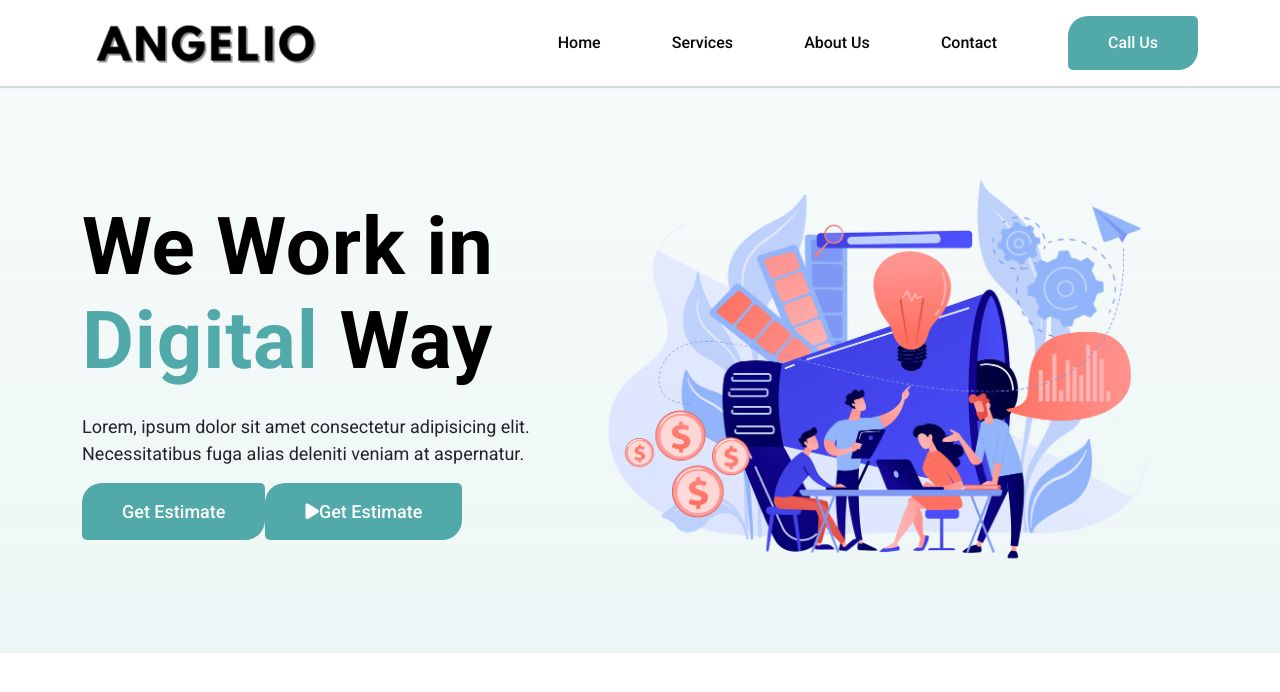
Repository: nazmulalok/landing-page-angelio
Page: index.html
The author's editor kept a copy of each file at every save. The page is drawn from the files as they stood at one save, then again after the next save.
The browser window is 1280 px wide. The pictures show the whole page.

Above is the page before, as saved 2022-09-09 21:00:49.

### index.html
<!DOCTYPE html>
<html lang="en">

    <head>
        <meta charset="UTF-8">
        <meta http-equiv="X-UA-Compatible" content="IE=edge">
        <meta name="viewport" content="width=device-width, initial-scale=1.0">
        <title>Landing Page</title>
        <link rel="preconnect" href="https://fonts.googleapis.com">
        <link rel="preconnect" href="https://fonts.gstatic.com" crossorigin>
        <link rel="stylesheet" href="https://cdnjs.cloudflare.com/ajax/libs/font-awesome/6.2.0/css/all.min.css"
            integrity="sha512-xh6O/CkQoPOWDdYTDqeRdPCVd1SpvCA9XXcUnZS2FmJNp1coAFzvtCN9BmamE+4aHK8yyUHUSCcJHgXloTyT2A=="
            crossorigin="anonymous" referrerpolicy="no-referrer" />
        <link
            href="https://fonts.googleapis.com/css2?family=Roboto:ital,wght@0,300;0,400;0,500;0,700;0,900;1,300;1,400;1,500;1,700;1,900&display=swap"
            rel="stylesheet">
        <link href="https://cdn.jsdelivr.net/npm/bootstrap@5.2.0/dist/css/bootstrap.min.css" rel="stylesheet"
            integrity="sha384-gH2yIJqKdNHPEq0n4Mqa/HGKIhSkIHeL5AyhkYV8i59U5AR6csBvApHHNl/vI1Bx" crossorigin="anonymous">
        <link rel="stylesheet" href="style.css">
    </head>

    <body>
        <header>
            <nav>
                <div class="container">
                    <div class="row align-items-center">
                        <div class="col-lg-5">
                            <div class="logo">
                                <a href="/"><img src="images/angelio-logo.png" alt="Angelio Logo" width="250"
                                        height="66"></a>
                            </div>
                        </div>
                        <div class="col-lg-7 d-flex justify-content-end">
                            <ul>
                                <li><a href="/">Home</a></li>
                                <li><a href="/services.html">Services</a></li>
                                <li><a href="/about-us.html">About Us</a></li>
                                <li><a href="/contact.html">Contact</a></li>
                                <li class="nav-cta"><a href="tel:000-000-0000">Call Us</a></li>
                            </ul>
                        </div>
                    </div>
                </div>
            </nav>
        </header>
        <section class="sec-padding banner-sec">
            <div class="container">
                <div class="row align-items-center">
                    <div class="col-lg-7 order-lg-last">
                        <img src="images/angelio-digital-marketing.png" alt="">
                    </div>
                    <div class="col-lg-5">
                        <div class="large-heading">We Work in <span class="color-text">Digital</span> Way</div>
                        <p>Lorem, ipsum dolor sit amet consectetur adipisicing elit. Necessitatibus fuga alias deleniti
                            veniam at aspernatur.</p>
                        <div class="d-flex"><a href="/contact-us" class="main-btn">Get Estimate</a>
                            <a href="/contact-us" class="main-btn"><i class="fas fa-play"></i>Get Estimate</a>
                        </div>
                    </div>
                </div>
            </div>
        </section>


        <script src="https://cdn.jsdelivr.net/npm/bootstrap@5.2.0/dist/js/bootstrap.bundle.min.js"
            integrity="sha384-A3rJD856KowSb7dwlZdYEkO39Gagi7vIsF0jrRAoQmDKKtQBHUuLZ9AsSv4jD4Xa"
            crossorigin="anonymous"></script>
    </body>

</html>

### style.css
:root {
    --primary-color: #52a9a9;
    --secondary-color: #000000;
    --main-font: 'Roboto', sans-serif;
}

body {
    font-family: var(--main-font);
}

nav {
    padding: 10px 0px;
    box-shadow: 0 1px 1px 1px #14477e2b;
}

nav ul {
    list-style-type: none;
    display: flex;
    justify-content: flex-end;
    margin: 0;
    padding: 0;
    align-items: center;
    gap: 20%;
    white-space: nowrap;
}

nav ul li a {
    color: #080808;
    text-decoration: none;
    display: block;
    position: relative;
    font-weight: 500;
}

nav ul li a:hover {
    color: #52a9a9;
}

li.nav-cta a {
    background: #008080ad;
    padding: 15px 40px;
    color: #fff;
    border-radius: 20px 5px;
    transition: all 0.3s ease;
}

li.nav-cta a:hover {
    background: #000;
    color: #fff;
    border-radius: 5px 20px;
    transition: all 0.3s ease;
}

li.nav-cta a:before {
    content: "";
    width: 0%;
    height: 0px;
    position: absolute;
    left: 0;
    bottom: 0;
    transition: none;
    transform: none;
    background: none;
    transform-origin: 0%;
}

li.nav-cta a:hover:before {
    transform: none;
    transform-origin: 0%;
}

nav ul li a:before {
    content: "";
    width: 100%;
    height: 2px;
    position: absolute;
    left: 0;
    bottom: 0;
    transition: 0.4s transform ease;
    transform: scale3d(0, 1, 1);
    background: #52a9a9;
    transform-origin: 100% 50%;
}

nav ul li a:hover::before {
    transform: scale3d(1, 1, 1);
    transform-origin: 0 50%;
}

.sec-padding {
    padding: 70px 0px;
}

.banner-sec {
    background-image: linear-gradient(rgb(82 169 169 / 5%), rgb(82 169 169 / 10%));
    background-size: cover;
    background-position: center;
}

.banner-sec img {
    width: 100%;
}

.large-heading {
    font-size: 80px;
    color: #000;
    font-weight: 600;
    letter-spacing: 0.8px;
    line-height: normal;
    margin-bottom: 25px;
}

.banner-sec p {
    font-size: 18px;
}

.color-text {
    color: var(--primary-color);
}

a.main-btn {
    color: #fff;
    background: #52a9a9;
    padding: 15px 40px;
    font-weight: 500;
    font-size: 18px;
    text-decoration: none;
    border-radius: 20px 5px;
    transition: all 0.3s ease;
}

a.main-btn:hover {
    background: #000;
    color: #fff;
    border-radius: 5px 20px;
    transition: all 0.3s ease;
}

After the next save:
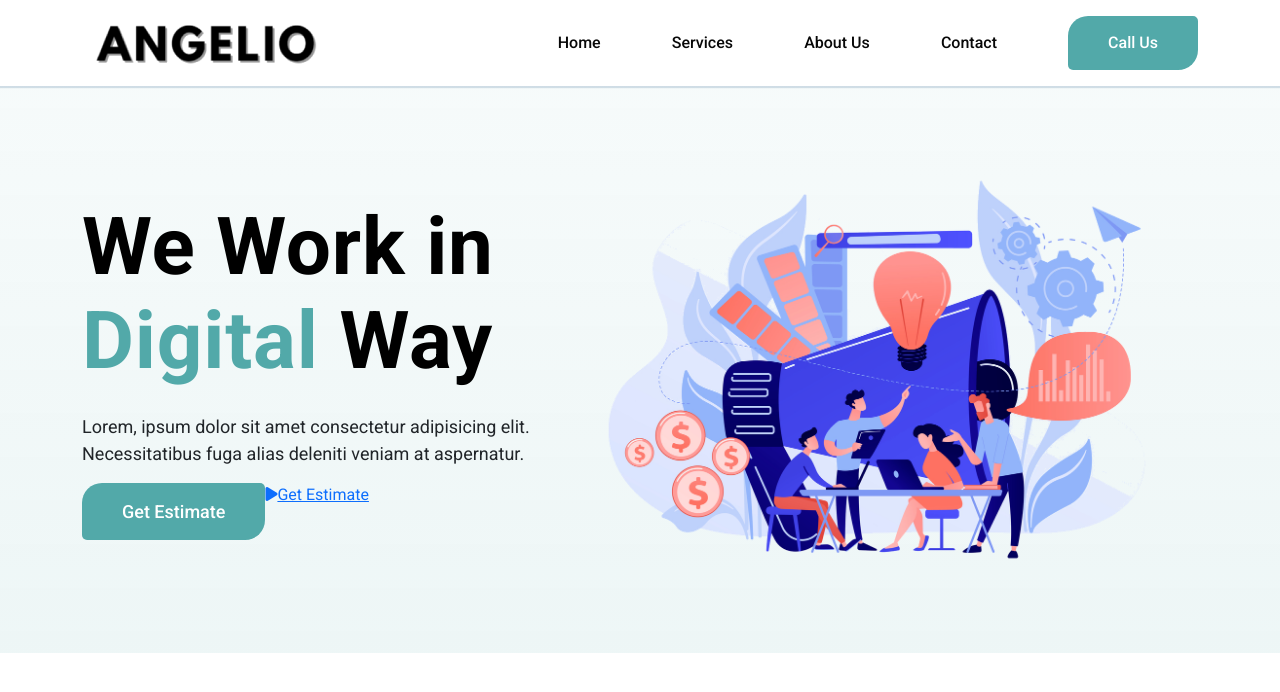
Saved 23 s later.
--- a/index.html
+++ b/index.html
@@ -54,7 +54,7 @@
                         <p>Lorem, ipsum dolor sit amet consectetur adipisicing elit. Necessitatibus fuga alias deleniti
                             veniam at aspernatur.</p>
                         <div class="d-flex"><a href="/contact-us" class="main-btn">Get Estimate</a>
-                            <a href="/contact-us" class="main-btn"><i class="fas fa-play"></i>Get Estimate</a>
+                            <a href="/contact-us" class=""><i class="fas fa-play"></i>Get Estimate</a>
                         </div>
                     </div>
                 </div>
